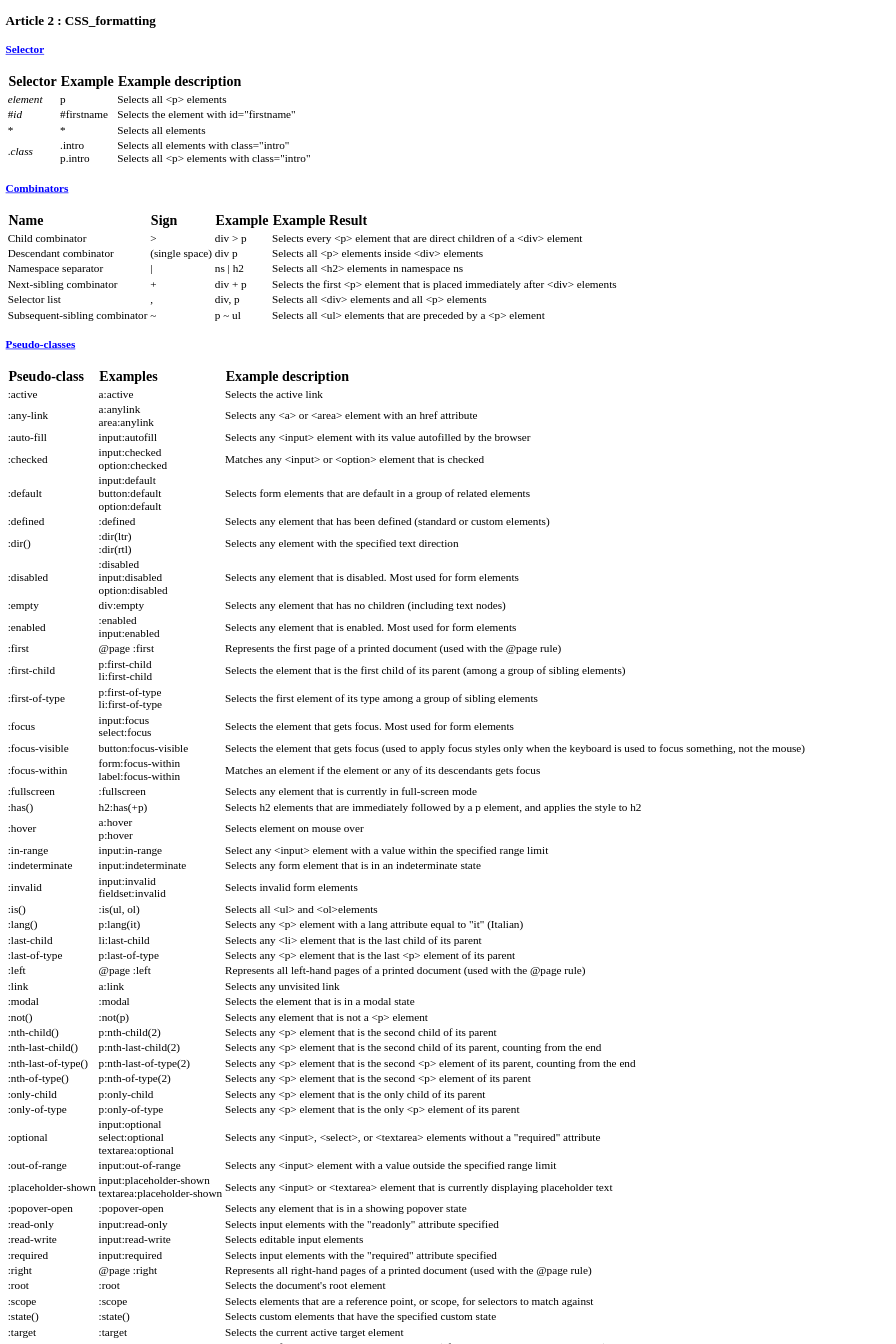
Repository: AnnaSpirit/2025_
Page: Bases/CSS_formatting.html
These files come from the project's save history. The page is drawn as it stood at one moment and after the next save; the edit follows.
The browser window is 1280 px wide. The pictures show the part of the page from y = 0 to 1920 px (the page is 2571 px tall), at 70% of full size.

Above is the page before, as saved 2025-01-09 14:21:16.

### Bases/CSS_formatting.html
<!DOCTYPE html>
<html lang="en">
<head>
	<meta charset="UTF-8">
	<meta name="viewport" content="width=device-width, initial-scale=1.0">
	<title>CSS_formatting</title>
	<style>
		th{
		table-layout: auto;
		display: table-cell;
		vertical-align: middle;
		font-weight: bold;
		padding: 2px;
		text-align:justify;
		font-size: 20px;
		}
		.subSection{
			color: blue;
			font-weight: bold;
			text-decoration: underline;
		}
		mark{
			background-color: yellow;
		}
	</style>
</head>
<body>
<h3>Article 2 : CSS_formatting</h3>
<h4 class = "subSection">Selector</h4>
<table>
<tr>
	<th>Selector</th>
	<th>Example</th>
	<th>Example description</th>
</tr>
<tr>
	<td><i>element</i></td>
	<td>p</td>
	<td>Selects all &lt;p&gt; elements</td>
</tr>
<tr>
	<td>#<i>id</i></td>
	<td>#firstname</td>
	<td>Selects the element with id="firstname"</td>
</tr>
<tr>
	<td>*</td>
	<td>*</td>
	<td>Selects all elements</td>
</tr>
<tr>
	<td>.<i>class</i></td>
	<td>.intro<br>p.intro</td>
	<td>Selects all elements with class="intro"<br>Selects all &lt;p&gt; elements with class="intro"
	</td>
</tr>
</table>
<h4 class = "subSection">Combinators</h4>
<table>
<tbody>
	<tr>
		<th>Name</th>
		<th>Sign</th>
		<th>Example</th>
		<th>Example Result</th>
	</tr>
	<tr>
		<td>Child combinator</td>
		<td>&gt;</td>
		<td>div &gt; p</td>
		<td>Selects every &lt;p&gt; element that are direct children of a &lt;div&gt; element</td>
	</tr>
	<tr>
		<td>Descendant combinator</td>
		<td><marked>(single space)</marked></td>
		<td>div p</td>
		<td>Selects all &lt;p&gt; elements inside &lt;div&gt; elements</td>
	</tr>
	<tr>
		<td>Namespace separator</td>
		<td>|</td>
		<td>ns | h2</td>
		<td>Selects all &lt;h2&gt; elements in namespace ns</td>
	</tr>
	<tr>
		<td>Next-sibling combinator</td>
		<td>+</td>
		<td>div + p</td>
		<td>Selects the first &lt;p&gt; element that is placed immediately after &lt;div&gt; elements</td>
	</tr>
	<tr>
		<td>Selector list</td>
		<td>,</td>
		<td>div, p</td>
		<td>Selects all &lt;div&gt; elements and all &lt;p&gt; elements</td>
	</tr>
	<tr>
		<td>Subsequent-sibling combinator</td>
		<td>~</td>
		<td>p ~ ul</td>
		<td>Selects all &lt;ul&gt; elements that are preceded by a &lt;p&gt; element</td>
	</tr>
</tbody>
</table>
<h4 class = "subSection">Pseudo-classes</h4>
<table>
<tr>
	<th>Pseudo-class</th>
	<th>Examples</th>
	<th>Example description</th>
</tr>
<tr>
	<td>:active</td>
	<td>a:active</td>
	<td>Selects the active link</td>
</tr>
<tr>
	<td>:any-link</td>
	<td>a:anylink<br>area:anylink</td>
	<td>Selects any &lt;a&gt; or &lt;area&gt; element with an href attribute</td>
</tr>
<tr>
	<td>:auto-fill</td>
	<td>input:autofill</td>
	<td>Selects any &lt;input&gt; element with its value autofilled by the
		browser</td>
</tr>
<tr>
	<td>:checked</td>
	<td>input:checked<br>option:checked</td>
	<td>Matches any &lt;input&gt; or &lt;option&gt; element that is checked</td>
</tr>
<tr>
	<td>:default</td>
	<td>input:default<br>button:default<br>option:default</td>
	<td>Selects form elements that are default in a group of related elements</td>
</tr>
<tr>
	<td>:defined</td>
	<td>:defined</td>
	<td>Selects any element that has been defined (standard or custom
		elements)</td>
</tr>
<tr>
	<td>:dir()</td>
	<td>:dir(ltr)<br>:dir(rtl)</td>
	<td>Selects any element with the specified text direction</td>
</tr>
<tr>
	<td>:disabled</td>
	<td>:disabled<br>input:disabled<br>option:disabled</td>
	<td>Selects any element that is disabled. Most used for form elements</td>
</tr>
<tr>
	<td>:empty</td>
	<td>div:empty</td>
	<td>Selects any element that has no children (including text nodes)</td>
</tr>
<tr>
	<td>:enabled</td>
	<td>:enabled<br>input:enabled</td>
	<td>Selects any element that is enabled. Most used for form elements</td>
</tr>
<tr>
	<td>:first</td>
	<td>@page :first</td>
	<td>Represents the first page of a printed document (used with the @page
		rule)</td>
</tr>
<tr>
	<td>:first-child</td>
	<td>p:first-child<br>li:first-child</td>
	<td>Selects the element that is the first child of its parent (among a group
		of sibling elements)</td>
</tr>
<tr>
	<td>:first-of-type</td>
	<td>p:first-of-type<br>li:first-of-type</td>
	<td>Selects the first element of its type among a group of sibling elements</td>
</tr>
<tr>
	<td>:focus</td>
	<td>input:focus<br>select:focus</td>
	<td>Selects the element that gets focus. Most used for form elements</td>
</tr>
<tr>
	<td>:focus-visible</td>
	<td>button:focus-visible</td>
	<td>Selects the element that gets focus (used to apply focus styles only
		when the keyboard is used to focus something, not the mouse)</td>
</tr>
<tr>
	<td>:focus-within</td>
	<td>form:focus-within<br>label:focus-within</td>
	<td>Matches an element if the element or any of its descendants gets focus</td>
</tr>
<tr>
	<td>:fullscreen</td>
	<td>:fullscreen</td>
	<td>Selects any element that is currently in full-screen mode</td>
</tr>
<tr>
	<td>:has()</td>
	<td>h2:has(+p)</td>
	<td>Selects h2 elements that are immediately followed by a p element, and
		applies the style to h2</td>
</tr>
<tr>
	<td>:hover</td>
	<td>a:hover<br>p:hover</td>
	<td>Selects element on mouse over</td>
</tr>
<tr>
	<td>:in-range</td>
	<td>input:in-range</td>
	<td>Select any &lt;input&gt; element with a value within the specified range
		limit</td>
</tr>
<tr>
	<td>:indeterminate</td>
	<td>input:indeterminate</td>
	<td>Selects any form element that is in an indeterminate state</td>
</tr>
<tr>
	<td>:invalid</td>
	<td>input:invalid<br>fieldset:invalid</td>
	<td>Selects invalid form elements</td>
</tr>
<tr>
	<td>:is()</td>
	<td>:is(ul, ol)</td>
	<td>Selects all &lt;ul&gt; and &lt;ol&gt;elements</td>
</tr>
<tr>
	<td>:lang()</td>
	<td>p:lang(it)</td>
	<td>Selects any &lt;p&gt; element with a lang attribute equal to "it" (Italian)</td>
</tr>
<tr>
	<td>:last-child</td>
	<td>li:last-child</td>
	<td>Selects any &lt;li&gt; element that is the last child of its parent</td>
</tr>
<tr>
	<td>:last-of-type</td>
	<td>p:last-of-type</td>
	<td>Selects any &lt;p&gt; element that is the last &lt;p&gt; element of its parent</td>
</tr>
<tr>
	<td>:left</td>
	<td>@page :left</td>
	<td>Represents all left-hand pages of a printed document (used with the @page
		rule)</td>
</tr>
<tr>
	<td>:link</td>
	<td>a:link</td>
	<td>Selects any unvisited link</td>
</tr>
<tr>
	<td>:modal</td>
	<td>:modal</td>
	<td>Selects the element that is in a modal state</td>
</tr>
<tr>
	<td>:not()</td>
	<td>:not(p)</td>
	<td>Selects any element that is not a &lt;p&gt; element</td>
</tr>
<tr>
	<td>:nth-child()</td>
	<td>p:nth-child(2)</td>
	<td>Selects any &lt;p&gt; element that is the second child of its parent</td>
</tr>
<tr>
	<td>:nth-last-child()</td>
	<td>p:nth-last-child(2)</td>
	<td>Selects any &lt;p&gt; element that is the second child of its parent, counting from the
		end</td>
</tr>
<tr>
	<td>:nth-last-of-type()</td>
	<td>p:nth-last-of-type(2)</td>
	<td>Selects any &lt;p&gt; element that is the second &lt;p&gt; element of its parent, counting from the
		end</td>
</tr>
<tr>
	<td>:nth-of-type()</td>
	<td>p:nth-of-type(2)</td>
	<td>Selects any &lt;p&gt; element that is the second &lt;p&gt; element of its parent</td>
</tr>
<tr>
	<td>:only-child</td>
	<td>p:only-child</td>
	<td>Selects any &lt;p&gt; element that is the only child of its parent</td>
</tr>
<tr>
	<td>:only-of-type</td>
	<td>p:only-of-type</td>
	<td>Selects any &lt;p&gt; element that is the only &lt;p&gt; element of its parent</td>
</tr>
<tr>
	<td>:optional</td>
	<td>input:optional<br>select:optional<br>textarea:optional</td>
	<td>Selects any &lt;input&gt;, &lt;select&gt;, or &lt;textarea&gt; elements without
		a "required" attribute</td>
</tr>
<tr>
	<td>:out-of-range</td>
	<td>input:out-of-range</td>
	<td>Selects any &lt;input&gt; element with a value outside the specified range
		limit</td>
</tr>
<tr>
	<td>:placeholder-shown</td>
	<td>input:placeholder-shown<br>
		textarea:placeholder-shown</td>
	<td>Selects any &lt;input&gt; or &lt;textarea&gt; element that is currently displaying
		placeholder text</td>
</tr>
<tr>
	<td>:popover-open</td>
	<td>:popover-open</td>
	<td>Selects any element that is in a showing popover state</td>
</tr>
<tr>
	<td>:read-only</td>
	<td>input:read-only</td>
	<td>Selects input elements with the "readonly" attribute specified</td>
</tr>
<tr>
	<td>:read-write</td>
	<td>input:read-write</td>
	<td>Selects editable input elements</td>
</tr>
<tr>
	<td>:required</td>
	<td>input:required</td>
	<td>Selects input elements with the "required" attribute specified</td>
</tr>
<tr>
	<td>:right</td>
	<td>@page :right</td>
	<td>Represents all right-hand pages of a printed document (used with the @page
		rule)</td>
</tr>
<tr>
	<td>:root</td>
	<td>:root</td>
	<td>Selects the document's root element</td>
</tr>
<tr>
	<td>:scope</td>
	<td>:scope</td>
	<td>Selects elements that are a reference point, or scope, for selectors to
		match against</td>
</tr>
<tr>
	<td>:state()</td>
	<td>:state()</td>
	<td>Selects custom elements that have the specified custom state</td>
</tr>
<tr>
	<td>:target</td>
	<td>:target </td>
	<td>Selects the current active target element</td>
</tr>
<tr>
	<td>:user-invalid</td>
	<td>:user-invalid</td>
	<td>Selects any form element with an invalid value (after the user have
		interacted with it)</td>
</tr>
<tr>
	<td>:user-valid</td>
	<td>:user-valid</td>
	<td>Selects any form element with a valid value (after the user have
		interacted with it)</td>
</tr>
<tr>
	<td>:valid</td>
	<td>input:valid</td>
	<td>Selects all input elements with a valid value</td>
</tr>
<tr>
	<td>:visited</td>
	<td>a:visited<br>area:visited</td>
	<td>Selects all visited links</td>
</tr>
<tr>
	<td>:where()</td>
	<td>:where(ol, ul)</td>
	<td>Selects all &lt;ul&gt; and &lt;ol&gt;elements</td>
</tr>
</table>
<h4 class = "subSection">Pseudo-elements</h4>
<table>
	<tr>
		<th>Pseudo-element</th>
		<th>Example</th>
		<th>Example description</th>
	</tr>
	<tr>
		<td>::after</td>
		<td>p::after<br>div::after</td>
		<td>Inserts something after the content of the specified element</td>
	</tr>
	<tr>
		<td>::backdrop</td>
		<td>dialog::backdrop</td>
		<td>Styles the viewbox behind a dialog box or popover element</td>
	</tr>
	<tr>
		<td>::before</td>
		<td>p::before<br>div::before</td>
		<td>Inserts something before the content of the specified element</td>
	</tr>
	<tr>
		<td>::file-selector-button</td>
		<td>::file-selector-button</td>
		<td>Selects any button of type &lt;input type="file"&gt;</td>
	</tr>
	<tr>
		<td>::first-letter</td>
		<td>p::first-letter</td>
		<td>Selects the first letter of every &lt;p&gt; element</td>
	</tr>
	<tr>
		<td>::first-line</td>
		<td>p::first-line</td>
		<td>Selects the first line of every &lt;p&gt; element</td>
	</tr>
	<tr>
		<td>::grammar-error</td>
		<td>::grammar-error</td>
		<td>Styles a text that the browser has flagged as grammatically incorrect</td>
	</tr>
	<tr>
		<td>::highlight()</td>
		<td>::highlight(custom-name)</td>
		<td>Selects a custom highlight</td>
	</tr>
	<tr>
		<td>::marker</td>
		<td>::marker</td>
		<td>Selects the markers of list items</td>
	</tr>
	<tr>
		<td>::placeholder</td>
		<td>input::placeholder<br>textarea::placeholder</td>
		<td>Styles the placeholder text of &lt;input&gt; or &lt;textarea&gt; elements</td>
	</tr>
	<tr>
		<td>::selection</td>
		<td>::selection</td>
		<td>Styles the user-selected text</td>
	</tr>
	<tr>
		<td>::spelling-error</td>
		<td>::spelling-error</td>
		<td>Styles a text that the browser has flagged as incorrectly spelled</td>
	</tr>
	<tr>
		<td>::view-transition</td>
		<td>::view-transition</td>
		<td>Represents the root of the view transitions overlay, which contains all
			view transition on the page</td>
	</tr>
	<tr>
		<td>::view-transition-group</td>
		<td>::view-transition-group</td>
		<td>Represents a single view transition snapshot group</td>
	</tr>
	<tr>
		<td>::view-transition-image-pair</td>
		<td>::view-transition-image-pair</td>
		<td>Represents a container for a view transition's "old" and "new" view
			states - before and after the transition</td>
	</tr>
	<tr>
		<td>::view-transition-new</td>
		<td>::view-transition-new</td>
		<td>Represents the "new" view state of a view transition</td>
	</tr>
	<tr>
		<td>::view-transition-old</td>
		<td>::view-transition-old</td>
		<td>Represents the "old" view state of a view transition</td>
	</tr>
</tbody>
</table>
</body>
</html>

After the next save:
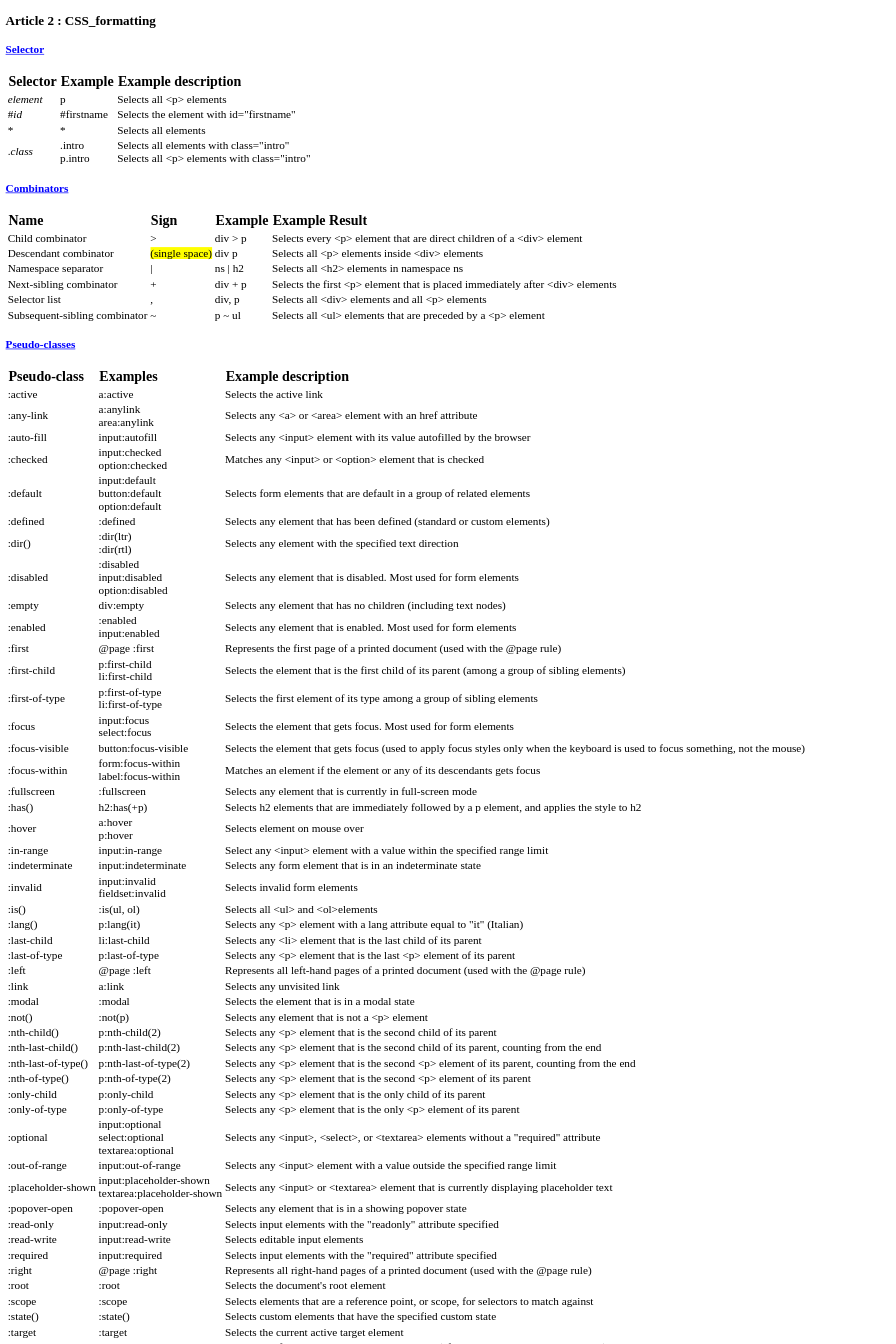
Saved 24 s later.
--- a/Bases/CSS_formatting.html
+++ b/Bases/CSS_formatting.html
@@ -72,7 +72,7 @@
 	</tr>
 	<tr>
 		<td>Descendant combinator</td>
-		<td><marked>(single space)</marked></td>
+		<td><mark>(single space)</mark></td>
 		<td>div p</td>
 		<td>Selects all &lt;p&gt; elements inside &lt;div&gt; elements</td>
 	</tr>
